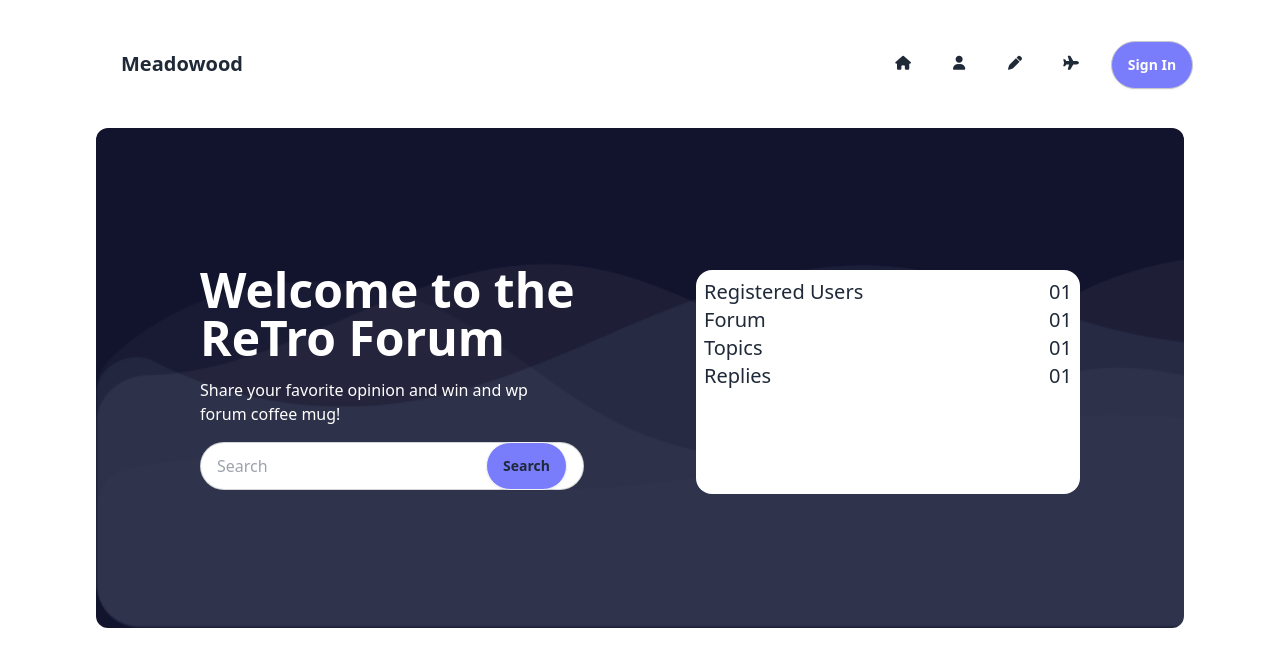
Repository: RudrasahaDibos/Meadowood-Forum
Page: index.html
These files come from the project's save history. The page is drawn as it stood at one moment and after a run of saves; the edit follows.
The browser window is 1280 px wide. The pictures show the whole page.
Some web libraries are served in a nearby version.

Above is the page before, as saved 2024-11-24 13:16:30.

### index.html
<!DOCTYPE html>
<html lang="en">
    <head>
        <meta charset="UTF-8">
        <meta name="viewport" content="width=device-width, initial-scale=1.0">
        <title>Meadowood Forum</title>

        <!-- tailwind  -->
        <link
            href="https://cdn.jsdelivr.net/npm/daisyui@4.12.14/dist/full.min.css"
            rel="stylesheet" type="text/css" />
        <script src="https://cdn.tailwindcss.com"></script>

        <!-- font awesome  -->
        <link rel="stylesheet"
            href="https://cdnjs.cloudflare.com/ajax/libs/font-awesome/6.7.1/css/all.min.css"
            integrity="sha512-5Hs3dF2AEPkpNAR7UiOHba+lRSJNeM2ECkwxUIxC1Q/FLycGTbNapWXB4tP889k5T5Ju8fs4b1P5z/iB4nMfSQ=="
            crossorigin="anonymous" referrerpolicy="no-referrer" />

    </head>
    <body class="container mx-auto lg:px-24 px-8">
        <!-- header is start here  -->
        <header class="mt-8">
            <!-- navbar is start here  -->
            <div class="navbar bg-base-100">
                <div class="flex-1">
                    <a class="btn btn-ghost text-xl">Meadowood</a>
                </div>
                <div class="flex-none">
                    <div class="dropdown dropdown-end mr-6">
                        <div  role="button"
                            class="btn btn-ghost btn-circle flex w-full  ">
                            <div class="indicator rounded-full border-1 h-8 w-8 mr-4 tooltip" data-tip="home">
                                <i class="fa-solid fa-house h-5 w-5 mx-auto mt-2"></i>
                            </div>
                            <div class="indicator rounded-full border-1 h-8 w-8 mr-4 tooltip" data-tip="User">
                                <i class="fa-solid fa-user h-5 w-5 mx-auto mt-2"></i>
                            </div>
                            <div class="indicator rounded-full border-1 h-8 w-8 mr-4 tooltip" data-tip="pen">
                                <i class="fa-solid fa-pen h-5 w-5 mx-auto mt-2"></i>
                            </div>
                            <div class="indicator rounded-full border-1 h-8 w-8 mr-4 tooltip" data-tip="flight">
                                <i class="fa-solid fa-plane h-5 w-5 mx-auto mt-2"></i>
                            </div>
                        </div>

                    </div>
                    <div class="dropdown dropdown-end">
                        <div tabindex="0" role="button"
                            class="btn btn-ghost btn-circle avatar">

                                <button class="btn btn-active bg-[#797DFC] text-white rounded-full ">Sign In</button>

                        </div>
                        <ul
                            tabindex="0"
                            class="menu menu-sm dropdown-content bg-base-100 rounded-box z-[1] mt-3 w-52 p-2 shadow">
                            <li>
                                <a class="justify-between">
                                    Profile
                                    <span class="badge">New</span>
                                </a>
                            </li>
                            <li><a>Settings</a></li>
                            <li><a>Logout</a></li>
                        </ul>
                    </div>
                </div>
            </div>
            <!-- navbar is  end here  -->

             <!-- bannner start here  -->
             <div class="lg:w-full w-[450px] relative bg-no-repeat bg-cover h-[500px] z-0 rounded-xl overflow-hidden mt-8 bg-[#12132D]" style="background-image: url('/images/bgbanner.png');">
                <div class="relative top-0 left-0 w-full h-full z-10  flex lg:flex-row flex-col justify-center items-center gap-28 space-y-2">

                  <div class="space-y-4">
                    <h2 class="text-5xl font-extrabold font-manrope text-white">Welcome to the <br> ReTro Forum</h2>
                    <p class="text-white">Share your favorite opinion and win and wp <br> forum coffee mug!</p>
                    <label class="input input-bordered flex items-center gap-2 w-96 rounded-full">
                        <input type="text" class="grow" placeholder="Search" />
                         <button class="btn bg-[#797DFC] rounded-full">Search</button>
                      </label>
                  </div>

                   <div>
                    <ul class="menu bg-[#FFFFFF] rounded-box w-96 h-56">

                        <div class="flex justify-between"><a class="text-xl ">Registered Users</a><a class="text-xl ">01</a></div>
                        <div class="flex justify-between"><a class="text-xl ">Forum</a><a class="text-xl">01</a></div>
                        <div class="flex justify-between"><a class="text-xl ">Topics</a><a class="text-xl">01</a></div>
                        <div class="flex justify-between"><a class="text-xl ">Replies</a><a class="text-xl ">01</a></div>
                      </ul>
                   </div>

                </div>
                </div>
             <!-- bannner end here  -->




        </header>
        <!-- header is end here  -->

        <!-- main is start here  -->
        <main>

        </main>
        <!-- main is end here  -->

        <!-- footer is start here  -->

        <!-- footer is end here  -->
    </body>
</html>

After the next 4 saves:
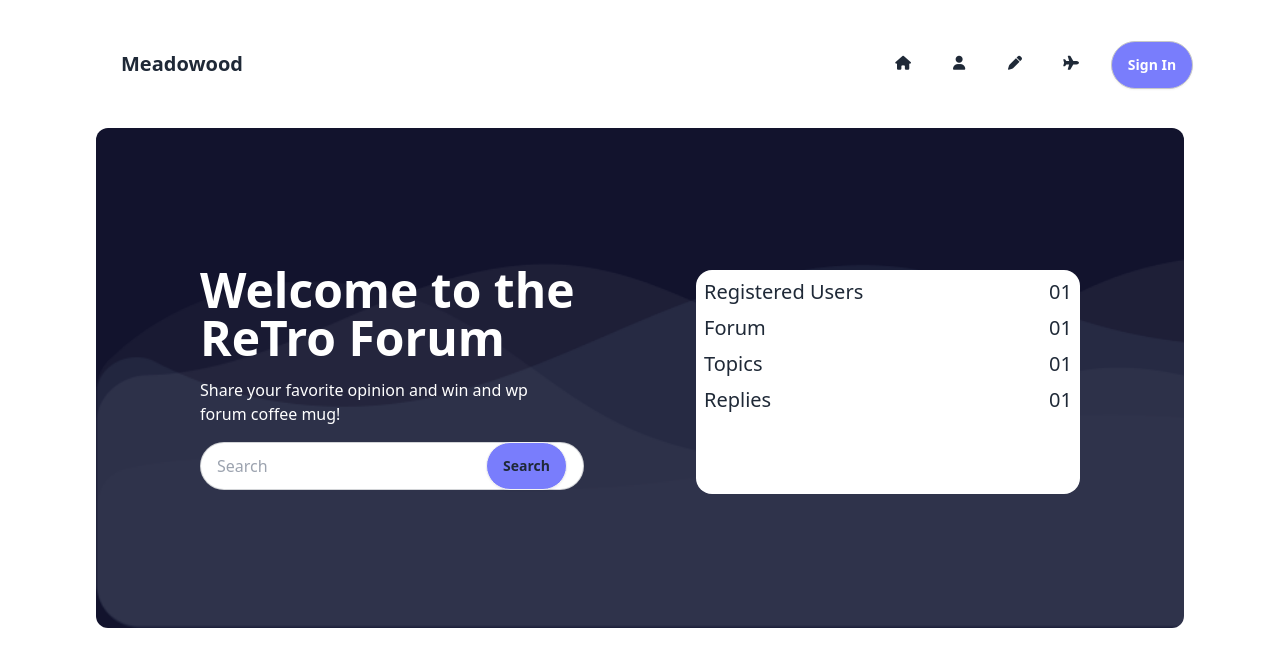
The 4 saves are shown as one change because they came seconds apart.
The last was saved 16 s later.
--- a/index.html
+++ b/index.html
@@ -83,7 +83,7 @@
                   </div>
 
                    <div>
-                    <ul class="menu bg-[#FFFFFF] rounded-box w-96 h-56">
+                    <ul class="menu bg-[#FFFFFF] rounded-box w-96 h-56 space-y-2">
 
                         <div class="flex justify-between"><a class="text-xl ">Registered Users</a><a class="text-xl ">01</a></div>
                         <div class="flex justify-between"><a class="text-xl ">Forum</a><a class="text-xl">01</a></div>
